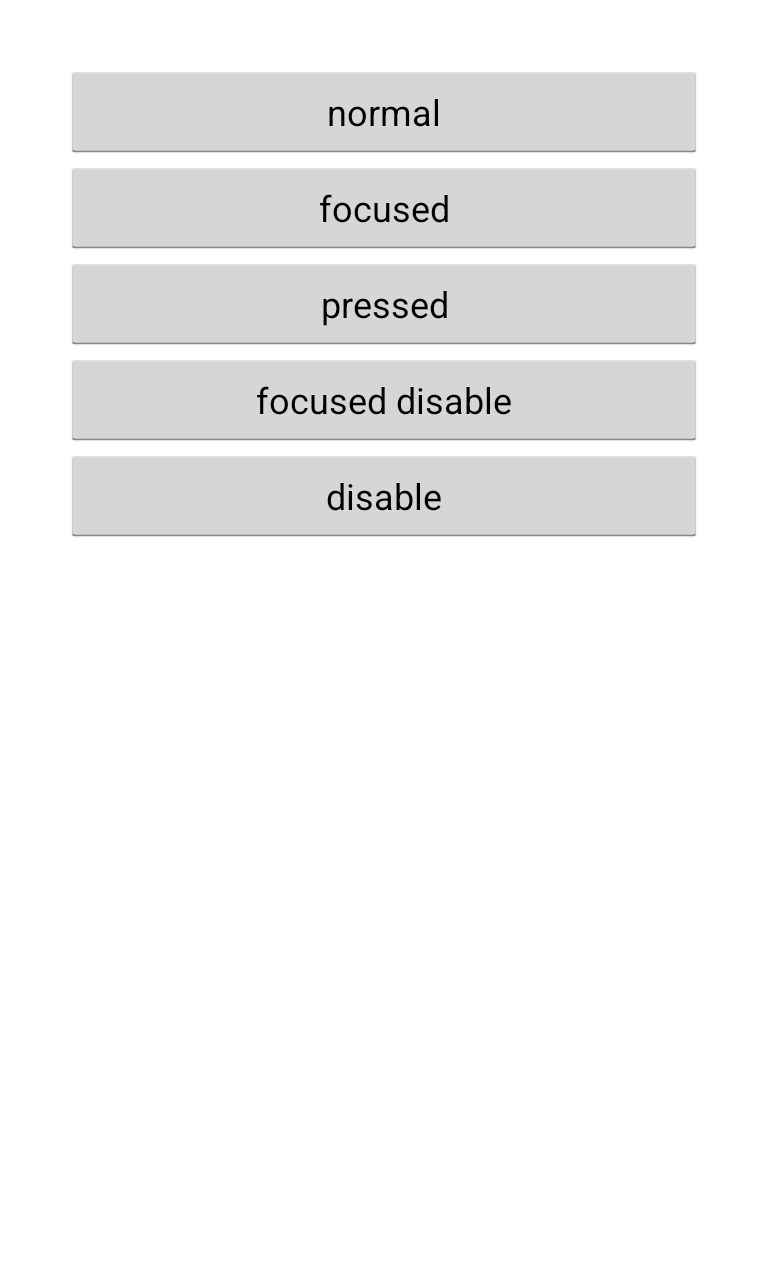
Repository: gabr/workspace
Layout: PierwszaAplikacja/res/layout/buttons_list.xml
These files come from the project's save history. The layout is drawn as it stood at one moment and after the next save; the edit follows.
It is drawn on a 768 x 1280 px phone screen (xhdpi) without system bars, with theme AppTheme; the app's code is not run.

Above is the layout before, as saved 2012-12-14 12:02:34.

After the next save:
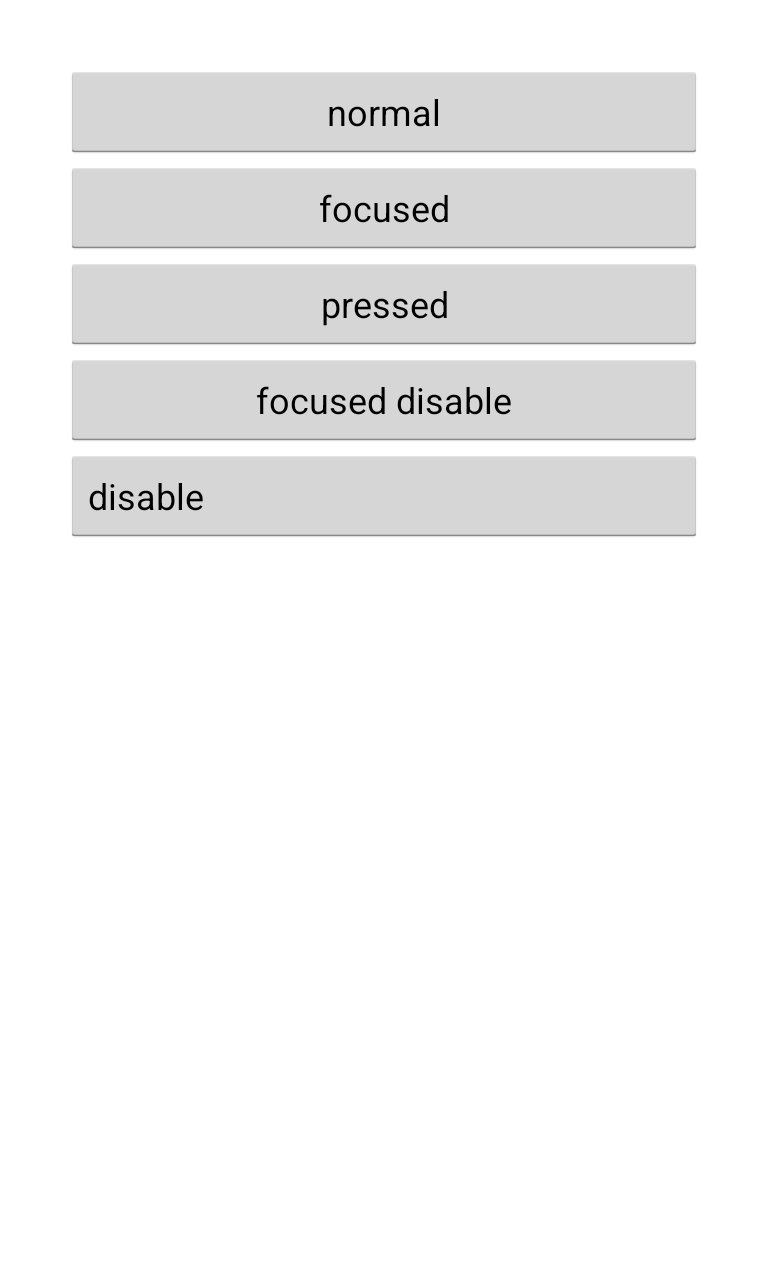
Saved 7 s later.
--- a/PierwszaAplikacja/res/layout/buttons_list.xml
+++ b/PierwszaAplikacja/res/layout/buttons_list.xml
@@ -30,5 +30,6 @@
      <Button
         android:layout_width="match_parent"
         android:layout_height="wrap_content"
-        android:text="@string/but_disable" />
+        android:text="@string/but_disable"
+        android:gravity="center_vertical"  />
 </LinearLayout>

After the save that followed:
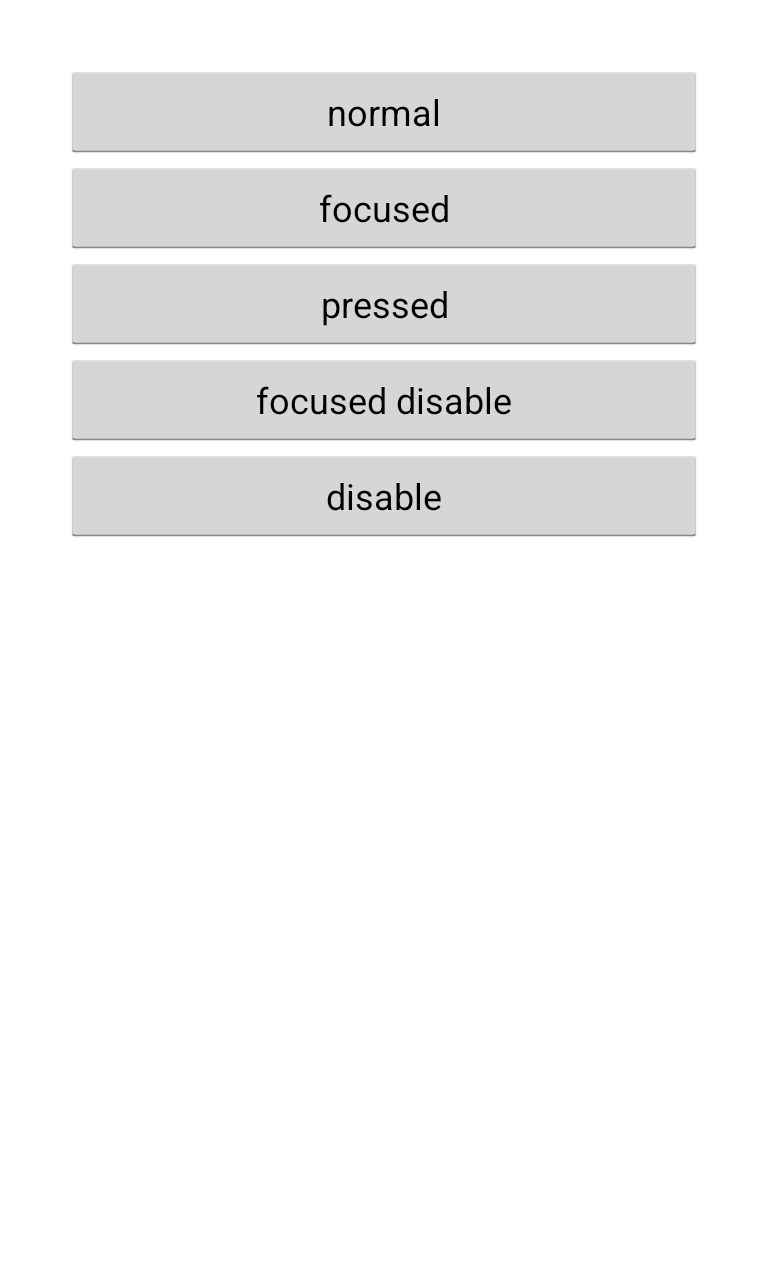
Saved 12 s later.
--- a/PierwszaAplikacja/res/layout/buttons_list.xml
+++ b/PierwszaAplikacja/res/layout/buttons_list.xml
@@ -30,6 +30,5 @@
      <Button
         android:layout_width="match_parent"
         android:layout_height="wrap_content"
-        android:text="@string/but_disable"
-        android:gravity="center_vertical"  />
+        android:text="@string/but_disable" />
 </LinearLayout>
